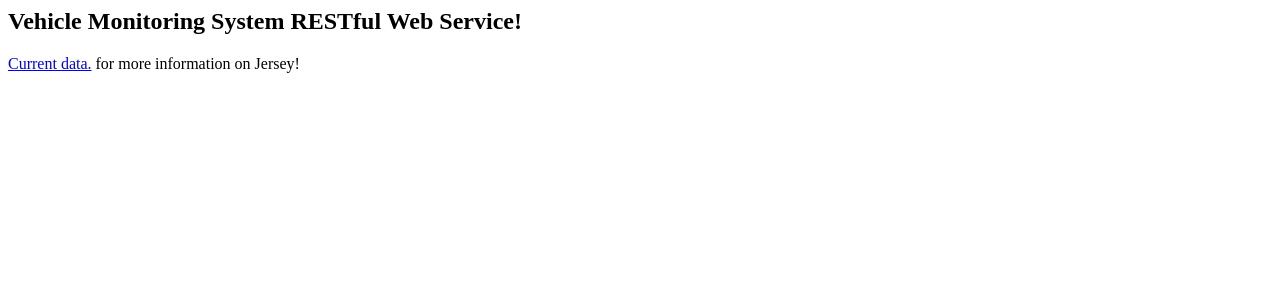
Repository: perknsn2/SeniorDesign
Page: http://localhost/vms/
An editor plug-in stored every save of this project. The page is shown before and after the next save, followed by the edit.
The browser window is 1280 px wide. The pictures show the whole page.
The page is served by Tomcat 9.

Above is the page before, as saved 2016-04-19 22:49:19.

After the next save:
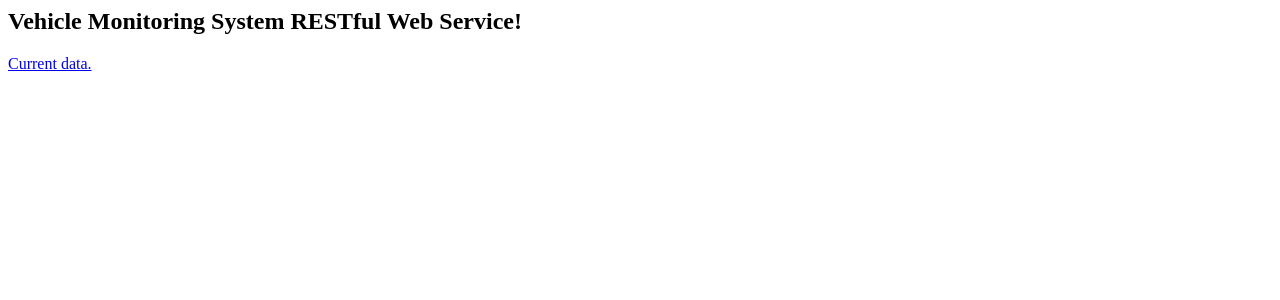
Saved 9 s later.
--- a/WebService/vms/src/main/webapp/index.jsp
+++ b/WebService/vms/src/main/webapp/index.jsp
@@ -2,6 +2,5 @@
 <body>
     <h2>Vehicle Monitoring System RESTful Web Service!</h2>
     <p><a href="/vms/data">Current data.</a>
-    for more information on Jersey!
 </body>
 </html>
